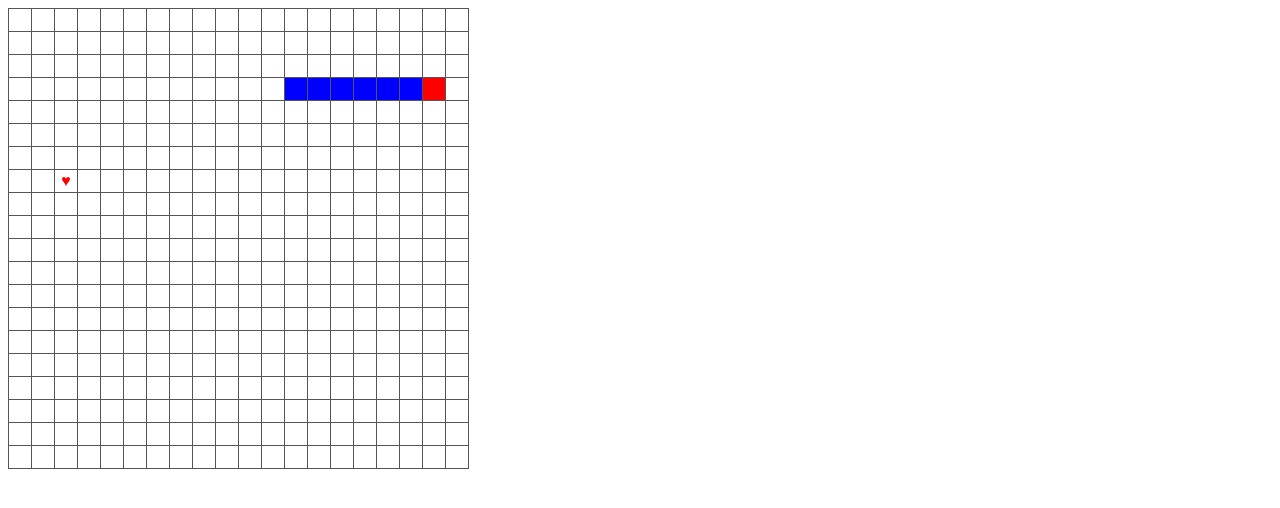
Repository: ycsheng/Games
Page: 01_snake/index.html
These files come from the project's save history. The page is drawn as it stood at one moment and after the next save; the edit follows.
The browser window is 1280 px wide. The pictures show the whole page.

Above is the page before, as saved 2021-09-18 17:10:21.

### 01_snake/index.html
<!DOCTYPE html>
<html lang="zh">
<head>
  <meta charset="UTF-8">
  <meta http-equiv="X-UA-Compatible" content="IE=edge">
  <meta name="viewport" content="width=device-width, initial-scale=1.0">
  <title>Document</title>
  <style>
    table {
      border-collapse: collapse;
      border: 1px solid #333
    }
    td {
      width: 20px;
      height: 20px;
      color: red;
      text-align: center;
      border: 1px solid #555;
    }
  </style>
</head>
<body>
  <div id="app"></div>
  <script src="./js/Game.js"></script>
  <script src="./js/Snake.js"></script>
  <script src="./js/Food.js"></script>
  <script>
    var game = new Game();
  </script>
</body>
</html>

### 01_snake/js/Game.js
/*
  1. 在构造函数中创建一个空对象
  2. 将执行上下文指向这个空对象
  3. 执行里面的所有函数
  4. 执行完成后，返回对象
*/
function Game() {
  // 创建表格
  this.row = 20;  // 行数
  this.col = 20;  //列数
  // 初始化节点
  this.init();
  // 实例化蛇类
  this.snake = new Snake();
  // 执行定时器任务
  this.start();
  // 键盘的事件监听
  this.bindEvent();
  // 食物位置
  this.food = new Food(this);

  // this.snake.render();
}
// 舞台设计
Game.prototype.init = function() {
  this.dom = document.createElement("table");
  var tr, td;
  // 遍历行和列上树
  for(var i = 0; i < this.row; i++) {
    // 遍历行，创建节点上树
    tr = document.createElement("tr");
    for(var j = 0; j < this.col; j++) {
      // 遍历列，创建节点上树
      td = document.createElement("td");
      tr.appendChild(td)
    }
    // 追加节点上树
    this.dom.appendChild(tr);
  }
  // 表格上树
  document.getElementById("app").appendChild(this.dom)
}

// 清屏方法
Game.prototype.clear = function() {
  // 遍历表格，擦除画布
  for(var i = 0; i < this.row; i++) {
    for(var j = 0; j < this.col; j++) {
      this.dom.getElementsByTagName("tr")[i].getElementsByTagName("td")[j].style.background = "white"
      this.dom.getElementsByTagName("tr")[i].getElementsByTagName("td")[j].innerHTML = ""
    }
  }
}

// 设置颜色的方法
Game.prototype.setColor = function(row, col, color) {
  // 让表格的第几行，第几列设置颜色的方法
  this.dom.getElementsByTagName("tr")[row].getElementsByTagName("td")[col].style.background = color;
}

// 渲染食物
Game.prototype.setHTML = function(row, col, html) {
  this.dom.getElementsByTagName("tr")[row].getElementsByTagName("td")[col].innerHTML = html;
}

// 设置键盘的事件监听
Game.prototype.bindEvent = function() {
  var self = this;
  // 键盘事件
  document.onkeydown = function(event) {
    console.log(event.keyCode);
    // 39 40 37 38
    switch(event.keyCode) {
      case 39:
        if(self.snake.direction == "L") return;
        // self.snake.direction = "R";
        self.snake.changeDirection("R");
        break;
      case 40:
        if(self.snake.direction == "T") return;
        // self.snake.direction = "D";
        self.snake.changeDirection("D");
        break;
      case 37:
        if(self.snake.direction == "R") return;
        // self.snake.direction = "L";
        self.snake.changeDirection("L");
        break;
      case 38:
        if(self.snake.direction == "D") return;
        // self.snake.direction = "T";
        self.snake.changeDirection("T");
        break;
    }
  }
}

// 定时器
Game.prototype.start = function() {
  // 帧编号
  this.f = 0;
  this.timer = setInterval(function() {
    // 定时器里面的核心就是游戏的渲染本质，清屏-更新-渲染
    game.f++;
    // 清除屏幕，解决蛇会边长但不运动
    game.clear();

    // 蛇的运动,蛇变长时，速度加快
    var during = game.snake.body.length < 30 ? 30 - game.snake.body.length : 1;
    game.f % during == 0 && game.snake.update();

    // 渲染蛇
    game.snake.render();
    // 渲染食物
    game.food.render();
  }, 20)
}

### 01_snake/js/Snake.js
function Snake() {
  // 蛇的初始化身体
  this.body  = [
    {"row": 3, "col": 8},
    {"row": 3, "col": 7},
    {"row": 3, "col": 6},
    {"row": 3, "col": 5},
    {"row": 3, "col": 4},
    {"row": 3, "col": 3},
    {"row": 3, "col": 2},
  ];
  // 信号量，设置的运动方向
  this.direction = "R";
  // 即将改变的方向，目的是为例防止出现原地掉头的情况
  this.willDirection = "R"
}

// 蛇的运动
Snake.prototype.update = function() {
  // 当前的direction接收一个willDirection
  this.direction = this.willDirection;

  // 头部
  // this.body.unshift({"row": this.body[0].row, "col": this.body[0].col + 1});
  // 蛇的不容方向的运动
  switch(this.direction) {
    case "R": // 右
      this.body.unshift({"row": this.body[0].row, "col": this.body[0].col + 1});
      break;
    case "D": // 下
      this.body.unshift({"row": this.body[0].row + 1, "col": this.body[0].col});
      break;
    case "L": // 左
      this.body.unshift({"row": this.body[0].row, "col": this.body[0].col - 1});
      break;
    case "T": // 上
      this.body.unshift({"row": this.body[0].row - 1, "col": this.body[0].col});
      break;
  }
  // 死亡的判定--越界
  if(this.body[0].row > game.row - 1 || this.body[0].col > game.col - 1 || this.body[0].row < 0 || this.body[0].col < 0) {
    alert("gameover");
    this.body.shift();
    clearInterval(game.timer);
  }
  // 蛇撞到了自己
  for(var i = 1; i < this.body.length; i++) {
    if(this.body[0].row == this.body[i].row && this.body[0].col == this.body[i].col) {
      alert("gameover");
      this.body.shift();
      clearInterval(game.timer);
    }
  }
  // 蛇吃食物
  if(this.body[0].row == game.food.row &&　this.body[0].col == game.food.col) {
    game.food = new Food(game);
    game.f = 0;
  } else {
    // 尾部减一，尾部不删就代表增加
    this.body.pop();
  }

}

// 蛇的方向改变，防止在一次渲染之前会出现掉头的情况
Snake.prototype.changeDirection = function(next) {
  this.willDirection = next;
}

/*
  Snake的render谁来调用？如果Snake自己的构造函数调用得不到game
  因为Game类还没有执行完四步走
  解决方案：定时器，异步
*/
Snake.prototype.render = function() {
  // 蛇头的渲染
  game.setColor(this.body[0].row, this.body[0].col, "red");
  // 蛇身体的渲染
  for(var i = 1; i < this.body.length; i++) {
    game.setColor(this.body[i].row, this.body[i].col, "blue")
  }
}

### 01_snake/js/Food.js
function Food(gameSnake) {
  var self = this;
  // 食物的位置
  // 先创建一个row和col，然后判断这个row和col是否在蛇的身上
  do{
    this.row = parseInt(Math.random() * gameSnake.row);
    this.col = parseInt(Math.random() * gameSnake.col);
  }while ((function() {
    // 遍历蛇的row和col，
    for(var i = 0; i < gameSnake.snake.body.length; i++) {
      if(gameSnake.snake.body[i].row == self.row && gameSnake.snake.body[i].col == self.col) {
        return true;
      }
      return false;
    }
  })())
}

Food.prototype.render = function() {
  game.setHTML(this.row, this.col, "♥");
}

After the next save:
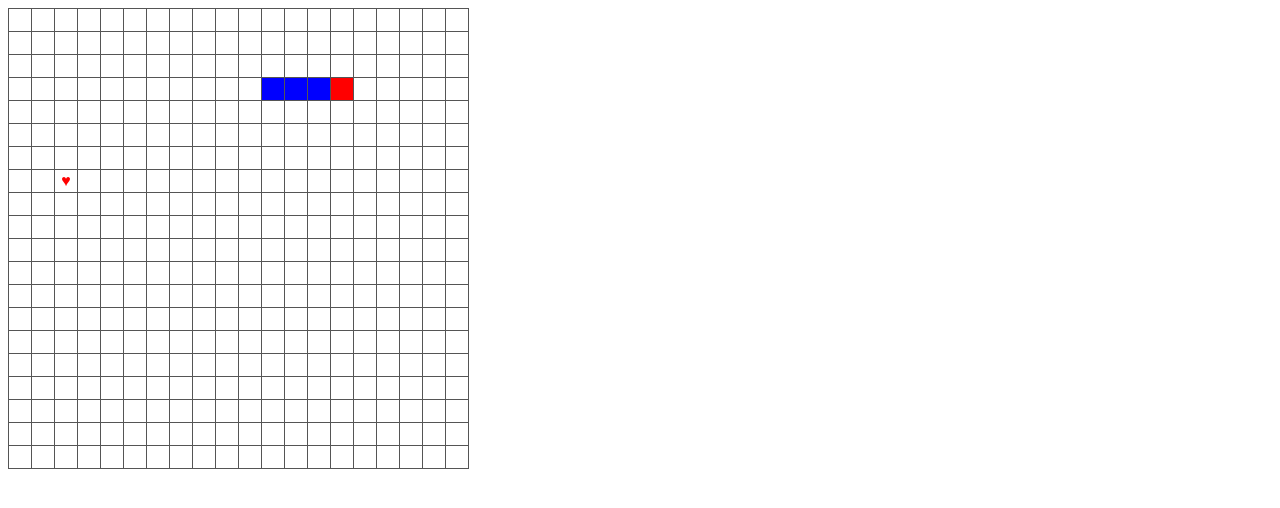
Saved 81 s later.
--- a/01_snake/js/Snake.js
+++ b/01_snake/js/Snake.js
@@ -1,9 +1,6 @@
 function Snake() {
   // 蛇的初始化身体
   this.body  = [
-    {"row": 3, "col": 8},
-    {"row": 3, "col": 7},
-    {"row": 3, "col": 6},
     {"row": 3, "col": 5},
     {"row": 3, "col": 4},
     {"row": 3, "col": 3},
